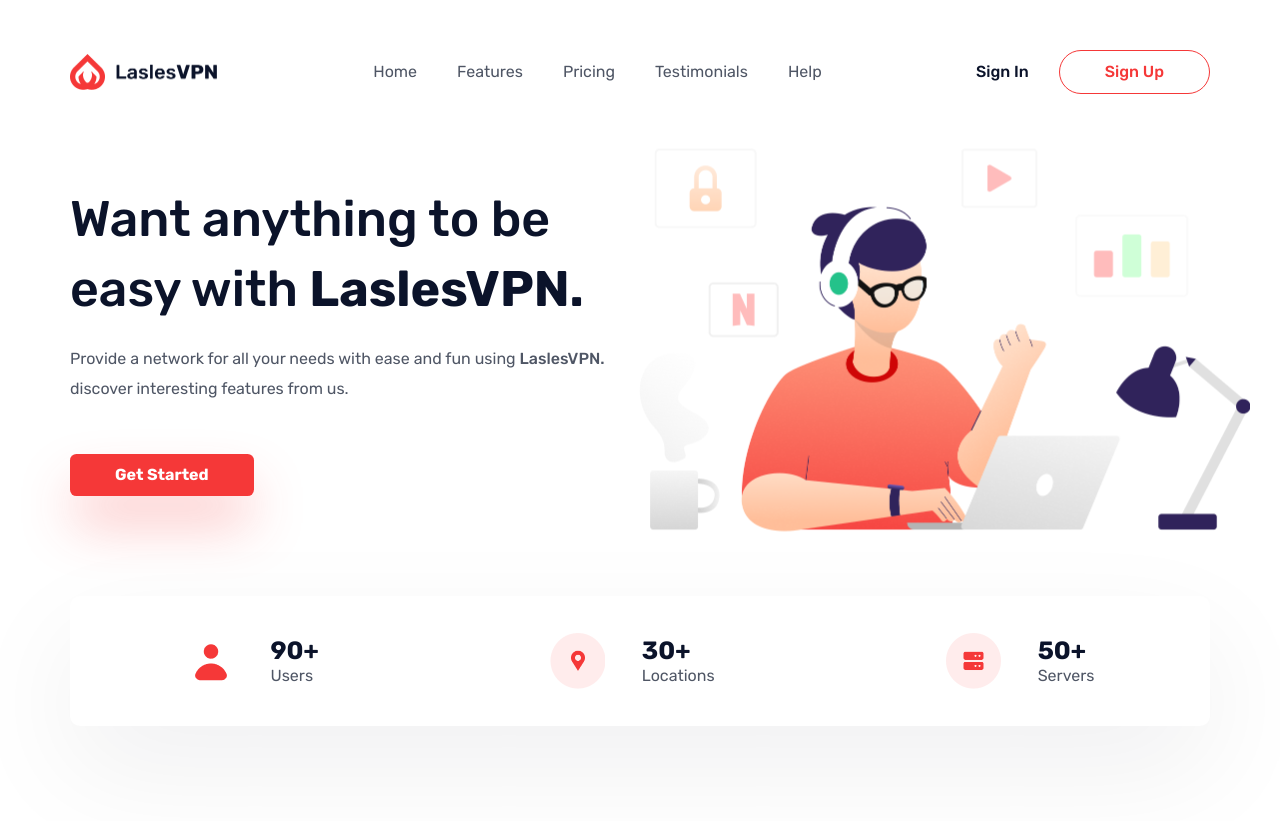
Repository: kebinh1235/lasles-demo
Page: index.html
The author's editor kept a copy of each file at every save. The page is drawn from the files as they stood at one save, then again after the next save.
The browser window is 1280 px wide. The pictures show the whole page.
The style sheet was rebuilt from its Sass, Less or Tailwind sources for each picture, by a compiler version that may differ from the author's.

Above is the page before, as saved 2021-10-31 01:04:42.

### index.html
<!DOCTYPE html>
<html lang="en">
<head>
  <meta charset="UTF-8">
  <meta http-equiv="X-UA-Compatible" content="IE=edge">
  <meta name="viewport" content="width=device-width, initial-scale=1.0">
  <title>Lales VPN</title>
  <!-- Google Font -->
  <link rel="preconnect" href="https://fonts.googleapis.com">
  <link rel="preconnect" href="https://fonts.gstatic.com" crossorigin>
  <link href="https://fonts.googleapis.com/css2?family=Nunito:wght@300;400&family=Rubik:wght@400;500;700&display=swap" rel="stylesheet">
  <!-- CSS -->
  <link rel="stylesheet" href="./css/app.css">
</head>
<body>
  <div class="wrapper">
    <header class="header">
      <div class="container">
        <div class="header__container">
          <img class="header__logo" srcset="./images/logo.png 2x" alt="Logo">
          <ul class="menu">
            <li class="menu-item">
              <a href="#" class="menu-link">Home</a>
            </li>
            <li class="menu-item">
              <a href="#" class="menu-link">Features</a>
            </li>
            <li class="menu-item">
              <a href="#" class="menu-link">Pricing</a>
            </li>
            <li class="menu-item">
              <a href="#" class="menu-link">Testimonials</a>
            </li>
            <li class="menu-item">
              <a href="#" class="menu-link">Help</a>
            </li>
          </ul>
          <div class="header__auth">
            <a href="#" class="header__auth-signin">Sign In</a>
            <a href="#" class="btn btn__outline">Sign Up</a>
          </div>
        </div>
      </div>
    </header>
    <main>
      <section class="hero">
        <div class="container">
          <div class="hero__container">
            <div class="hero__content">
              <h1 class="hero__title">
                Want anything to be easy with <strong>LaslesVPN.</strong>
              </h1>
              <p class="hero__desc">Provide a network for all your needs with ease and fun using <strong>LaslesVPN.</strong> discover interesting features from us.</p>
              <a href="#" class="btn btn__primary">Get Started</a>
            </div>
            <div class="hero__img">
              <img srcset="./images/hero.png 2x" alt="">
            </div>
          </div>
        </div>
      </section>
      <section class="intro">
        <div class="container">
          <div class="intro__container">
            <div class="intro__item">
              <div class="intro__icon">
                <img src="./images/Icon/Group 1216.png" alt="Users" title="Users">
              </div>
              <div class="intro__info">
                <h3 class="intro__title">90+</h3>
                <span class="intro__text">Users</span>
              </div>
            </div>
            <div class="intro__item">
              <div class="intro__icon">
                <img srcset="./images/Icon/location.png 2x"alt="Location" title="Location">
              </div>
              <div class="intro__info">
                <h3 class="intro__title">30+</h3>
                <span class="intro__text">Locations</span>
              </div>
            </div>
            <div class="intro__item">
              <div class="intro__icon">
                <img srcset="./images/Icon/Server.png 2x" alt="Server" title="Server">
              </div>
              <div class="intro__info">
                <h3 class="intro__title">50+</h3>
                <span class="intro__text">Servers</span>
              </div>
            </div>
          </div>
        </div>
      </section>
    </main>
  </div>
</body>
</html>

### sass/app.scss
@import "variables";
@import "global";
@import "reset";
@import "header";
@import "hero";
@import "intro";

### sass/_variables.scss
$font: "Rubik", sans-serif;
$text-color: #4f5665;
$heading-color: #0b132a;
$primary-color: #f53838;
$gray-color: #DDE0E4;
$white-color: #fff;

### sass/_global.scss
.wrapper {
  max-width: 1440px;
  margin: 0 auto;
}
.container {
  max-width: 1170px;
  padding: 0 15px;
  margin: 0 auto;
}
body {
  font-family: $font;
  color: $text-color;
  line-height: 1;
  font-weight: 400;
}
h1, h2, h3, h4, h5, h6 {
  color: $heading-color;
  font-weight: bold;
}
.btn {
  display: inline-block;
  padding: 13px 45px;
  border-radius: 100rem;
  font-family: $font;
  line-height: 1;
  font-weight: 500;
  cursor: pointer;
  &__primary {
    background: $primary-color;
    font-weight: 700;
    color: $white-color;
    border-radius: 0.4rem;
    box-shadow: 0 30px 54px -5px rgba(245, 56, 56, 0.35);
    &:hover {
      background: $white-color;
      transition: all .3s linear;
      color: $primary-color;
      border: 1px solid;
    }
  }
  &__outline {
    background: transparent;
    color: $primary-color;
    border: 1px solid $primary-color;
    font-weight: 500;
    &:hover {
      background: $primary-color;
      transition: all .3s linear;
      color: $white-color;
    }
  }
}

### sass/_reset.scss
html {
box-sizing: border-box;
}
* {
  margin: 0;
  padding: 0;
  text-decoration: none;
  list-style: none;
}
*,*:before,*:after {
box-sizing: border-box;
}
input,
textarea,
select,
button{
outline: none;
}
input{
line-height: normal;
}
label,
button{
cursor: pointer;
}
a {
text-decoration: none;
}
img {
display: block;
max-width: 100%;
}

### sass/_header.scss
.header {
  padding-top: 50px;
  padding-bottom: 90px;
  &__container {
    display:flex;
    justify-content: space-between;
    align-items: center;
  }
  &__auth {
    display:flex;
    align-items: center;
    gap: 0 30px;
    text-transform: capitalize;
    font-weight: 500;
    &-signin {
      color: $heading-color;
    }
    &-signup {
      color: $primary-color;
      border: 1px solid $primary-color;
      padding: 13px 45px;
      border-radius: 100rem;
    }

  }
}
.menu {
  display: flex;
  align-self: center;
  gap: 0 40px;
  &-link {
    color: inherit;
  }
}

### sass/_hero.scss
.hero {
  padding-bottom: 100px;
  &__container {
    display:flex;
    justify-content: space-between;
    align-items: center;
    gap: 0 40px;
    position: relative;
  }
  &__content {
    width: 100%;
    max-width: 555px;
  }
  &__title {
    font-size: 50px;
    font-weight: 500;
    margin-bottom: 20px;
    line-height: calc(70 / 50);
    color: $heading-color;
  }
  &__desc {
    flex-shrink: 0;
    line-height: calc(30 / 16);
    margin-bottom: 50px;
    strong {
      font-weight: 500;
    }
  }
  &__img {
    position: absolute;
    top: 50%;
    transform: translate(40px, -50%);
    right: 0;
  }
}
@media (max-width: 1023px) {
  .hero__container {
    flex-direction: row;
  }
}

### sass/_intro.scss
.intro {
  margin-bottom: 95px;
  &__container {
    background: #FFFFFF;
    border-radius: 10px;
    box-shadow: 0 42px 114px rgba(13,16,37, 0.064);
    padding: 37px 0;
    display:flex;
    justify-content: space-around;
    align-items: center;
  }
  &__item {
    display:flex;
    align-items: center;
    gap: 0 37px;
  }
  &__icon {

  }
  &__info {

  }
  &__title {
    font-size: 25px;
    margin-bottom: 5px;
  }
  &__desc {
    font-size: 20px;
  }
}

After the next save:
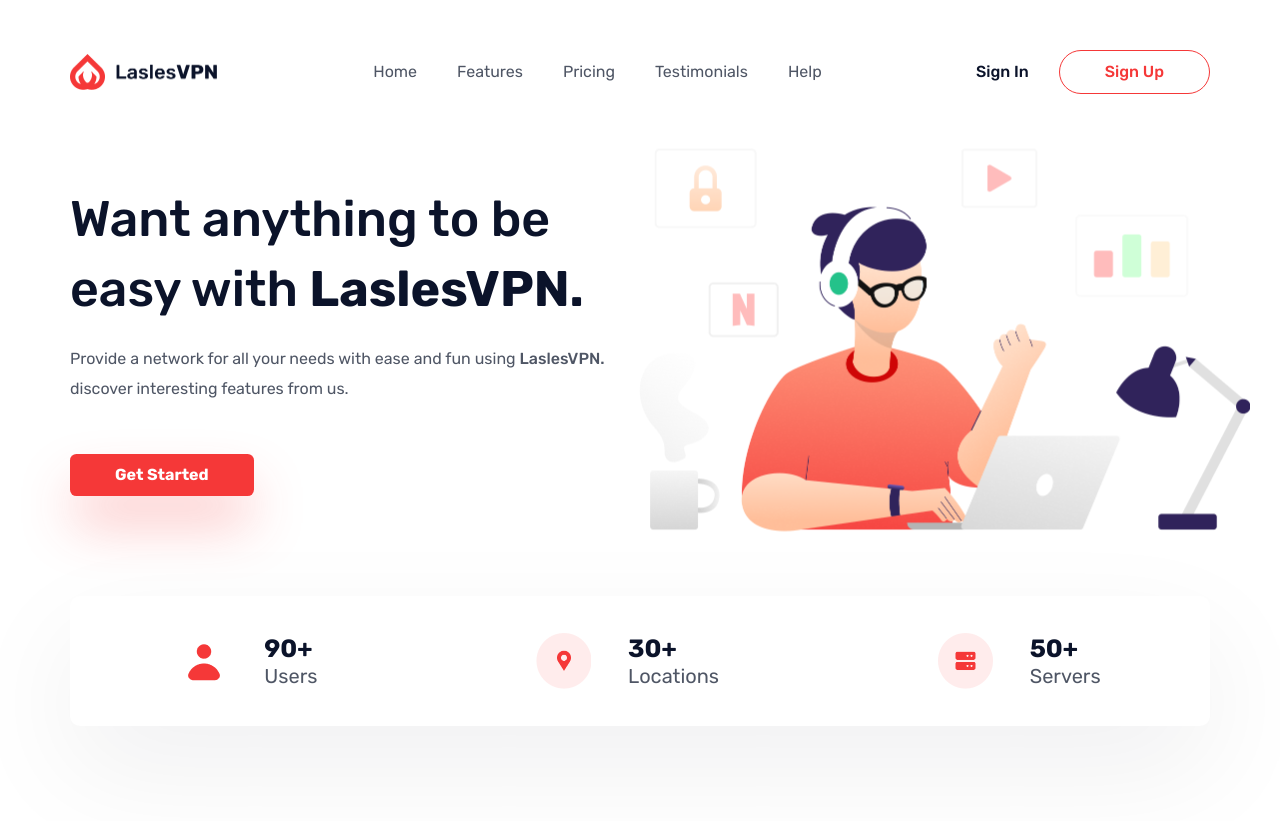
Saved 23 s later.
--- a/sass/_intro.scss
+++ b/sass/_intro.scss
@@ -24,7 +24,7 @@
     font-size: 25px;
     margin-bottom: 5px;
   }
-  &__desc {
+  &__text {
     font-size: 20px;
   }
 }
